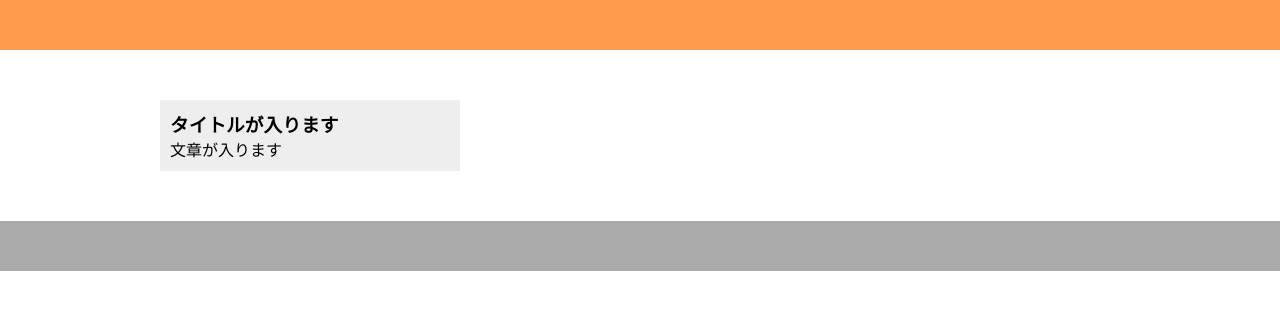
Repository: yofuu/caravan-chapter4
Page: chpter9/chapter10.html
The author's editor kept a record of every edit. The page is drawn from the files as they stood at one moment, then again after the next edit.
The browser window is 1280 px wide. The pictures show the whole page.

Above is the page before.

After the next edit:
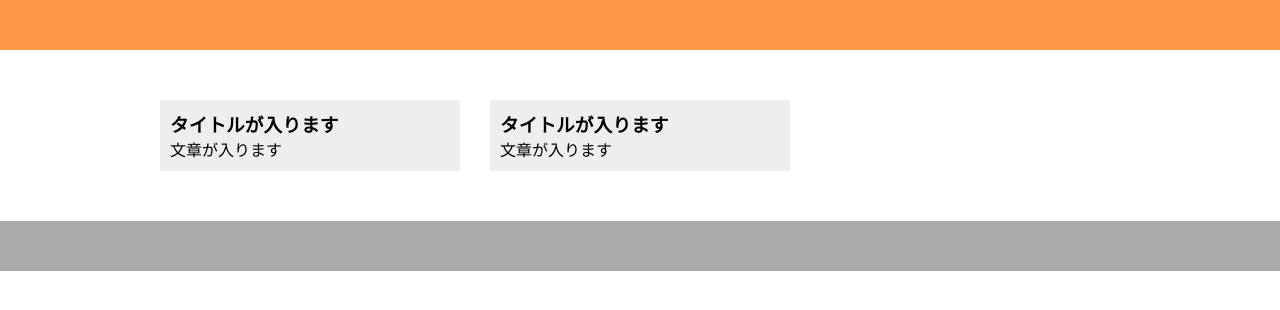
The edit:
--- a/chpter9/chapter10.html
+++ b/chpter9/chapter10.html
@@ -15,8 +15,11 @@
       <h3>タイトルが入ります</h3>
       <p>文章が入ります</p>
       </div>
-      <!--<div class="blog-img2"></div>-->
-      <!--<div class="blog-img3"></div>-->
+      <div class="step-box">
+      <div class="blog-img2"></div>
+      <h3>タイトルが入ります</h3>
+      <p>文章が入ります</p>
+      </div>
 
     </main>
 
